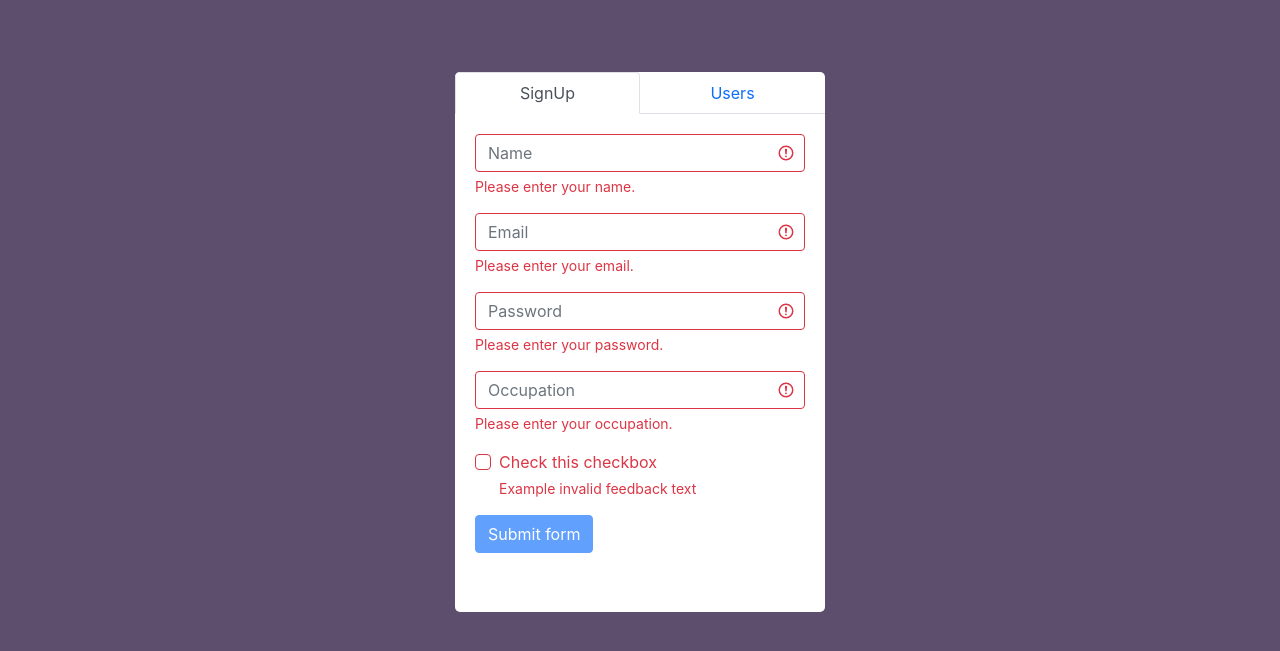
Repository: asadalibest1/SignUp-from
Page: /
The author's editor kept a copy of each file at every save. The page is drawn from the files as they stood at one save, then again after the next save.
The browser window is 1280 px wide. The pictures show the whole page.
The project was rebuilt for these pictures with package versions that can differ from the ones it lists, and the page was loaded fresh each time. Also part of the build but not shown: src/components/Users/Users.css.

Above is the page before, as saved 2021-02-06 22:06:09.

### public/index.html
<!DOCTYPE html>
<html lang="en">
  <head>
    <meta charset="utf-8" />
    <link rel="icon" href="%PUBLIC_URL%/favicon.png" />
    <meta name="viewport" content="width=device-width, initial-scale=1" />
    <meta name="theme-color" content="#000000" />
    <meta
      name="description"
      content="Web site created using create-react-app"
    />
    <link rel="apple-touch-icon" href="%PUBLIC_URL%/logo192.png" />
    <!--
      manifest.json provides metadata used when your web app is installed on a
      user's mobile device or desktop. See https://developers.google.com/web/fundamentals/web-app-manifest/
    -->
    <link rel="manifest" href="%PUBLIC_URL%/manifest.json" />
    <!--
      Notice the use of %PUBLIC_URL% in the tags above.
      It will be replaced with the URL of the `public` folder during the build.
      Only files inside the `public` folder can be referenced from the HTML.

      Unlike "/favicon.ico" or "favicon.ico", "%PUBLIC_URL%/favicon.ico" will
      work correctly both with client-side routing and a non-root public URL.
      Learn how to configure a non-root public URL by running `npm run build`.
    -->
    <!-- Bootstrap -->
    <link href="https://cdn.jsdelivr.net/npm/bootstrap@5.0.0-beta1/dist/css/bootstrap.min.css" rel="stylesheet" integrity="sha384-giJF6kkoqNQ00vy+HMDP7azOuL0xtbfIcaT9wjKHr8RbDVddVHyTfAAsrekwKmP1" crossorigin="anonymous">
    <title>Sign Up</title>
  </head>
  <body>
    <noscript>You need to enable JavaScript to run this app.</noscript>
    <div id="root"></div>
    <!--
      This HTML file is a template.
      If you open it directly in the browser, you will see an empty page.

      You can add webfonts, meta tags, or analytics to this file.
      The build step will place the bundled scripts into the <body> tag.

      To begin the development, run `npm start` or `yarn start`.
      To create a production bundle, use `npm run build` or `yarn build`.
    -->
    <script src="https://cdn.jsdelivr.net/npm/bootstrap@5.0.0-beta1/dist/js/bootstrap.bundle.min.js" integrity="sha384-ygbV9kiqUc6oa4msXn9868pTtWMgiQaeYH7/t7LECLbyPA2x65Kgf80OJFdroafW" crossorigin="anonymous"></script>
  </body>
</html>

### src/index.css
body {
  margin: 0;
  font-family: -apple-system, BlinkMacSystemFont, 'Segoe UI', 'Roboto', 'Oxygen',
    'Ubuntu', 'Cantarell', 'Fira Sans', 'Droid Sans', 'Helvetica Neue',
    sans-serif;
  -webkit-font-smoothing: antialiased;
  -moz-osx-font-smoothing: grayscale;
  background-color: #5D4E6D;
}

code {
  font-family: source-code-pro, Menlo, Monaco, Consolas, 'Courier New',
    monospace;
}

### src/App.js
import React from 'react'
import App1 from "./components/App1/App1"

export default function App() {
  return (
    <div>
      <App1 />
    </div>
  )
}

### src/components/App1/App1.js
import React from 'react'
import Tabs from '../Tabs/Tabs'

export default function App1() {
    return (
        <div>
            <Tabs />
        </div>
    )
}

### src/features/counter/counterSlice.js
import { createSlice } from '@reduxjs/toolkit';

export const counterSlice = createSlice({
  name: 'counter',
  initialState: {
    value: 0,
  },
  reducers: {
    increment: state => {
      // Redux Toolkit allows us to write "mutating" logic in reducers. It
      // doesn't actually mutate the state because it uses the Immer library,
      // which detects changes to a "draft state" and produces a brand new
      // immutable state based off those changes
      state.value += 1;
    },
    decrement: state => {
      state.value -= 1;
    },
    incrementByAmount: (state, action) => {
      state.value += action.payload;
    },
  },
});

export const { increment, decrement, incrementByAmount } = counterSlice.actions;

// The function below is called a thunk and allows us to perform async logic. It
// can be dispatched like a regular action: `dispatch(incrementAsync(10))`. This
// will call the thunk with the `dispatch` function as the first argument. Async
// code can then be executed and other actions can be dispatched
export const incrementAsync = amount => dispatch => {
  setTimeout(() => {
    dispatch(incrementByAmount(amount));
  }, 1000);
};

// The function below is called a selector and allows us to select a value from
// the state. Selectors can also be defined inline where they're used instead of
// in the slice file. For example: `useSelector((state) => state.counter.value)`
export const selectCount = state => state.counter.value;

export default counterSlice.reducer;

### src/components/Tabs/Tabs.js
import React from 'react'
import SignUp from "../SignUp/SignUp"
import Users from "../Users/Users"
import "./Tabs.css"

export default function Tabs() {
    return (
        <div className="tabs-main">
            <div className="tabs">

                <ul className="nav nav-tabs" id="myTab" role="tablist">
                    <li className="nav-item text-center w-50" role="presentation">
                        <a className="nav-link active" id="signUp-tab" data-bs-toggle="tab" href="#signUp" role="tab" aria-controls="signUp" aria-selected="true">SignUp</a>
                    </li>
                    <li className="nav-item text-center w-50" role="presentation">
                        <a className="nav-link" id="users-tab" data-bs-toggle="tab" href="#users" role="tab" aria-controls="users" aria-selected="false">Users</a>
                    </li>
                </ul>
                <div className="tab-content" id="myTabContent">
                    <div className="tab-pane fade show active" id="signUp" role="tabpanel" aria-labelledby="signUp-tab">
                        <SignUp />
                    </div>
                    <div className="tab-pane fade" id="users" role="tabpanel" aria-labelledby="users-tab">

                        <Users />
                    </div>
                </div>


            </div>
        </div>
    )
}

### src/components/SignUp/SignUp.js
import React from 'react'
import "./SignUp.css"

export default function SignUp() {
    return (
        <div className="SignUp">

<form className="was-validated">

  <div className="mb-3">
    <input type="name" className="form-control" id="validationTextarea" placeholder="Name" required />
    <div className="invalid-feedback">
      Please enter your name.
    </div>
  </div>

  <div className="mb-3">
    <input type="email" className="form-control" id="validationTextarea" placeholder="Email" required />
    <div className="invalid-feedback">
      Please enter your email.
    </div>
  </div>

  <div className="mb-3">
    <input type="password" className="form-control" id="validationTextarea" placeholder="Password" required />
    <div className="invalid-feedback">
      Please enter your password.
    </div>
  </div>

  <div className="mb-3">
    <input type="occupation" className="form-control" id="validationTextarea" placeholder="Occupation" required />
    <div className="invalid-feedback">
      Please enter your occupation.
    </div>
  </div>


  <div className="form-check mb-3">
    <input type="checkbox" className="form-check-input" id="validationFormCheck1" required />
    <label className="form-check-label" for="validationFormCheck1">Check this checkbox</label>
    <div className="invalid-feedback">Example invalid feedback text</div>
  </div>


  <div className="mb-3">
    <button className="btn btn-primary" type="submit" disabled>Submit form</button>
  </div>
</form>
        </div>
    )
}

### src/components/Users/Users.js
import React from 'react'
import "./Users.css"

export default function Users() {
    return (
        <div>
    Users
        </div>
    )
}

### src/components/Tabs/Tabs.css
.tabs{
    width: 370px;
    height: 75vh;
    background-color: white;
    margin: auto auto;
    margin-top: 10vh;
    border-radius: 5px;
    overflow: hidden;
}

### src/components/SignUp/SignUp.css
.SignUp form{
    margin: 20px;
}

Loaded but not shown: src/index.js (common file); src/app/store.js (common file); src/serviceWorker.js (common file)

After the next save:
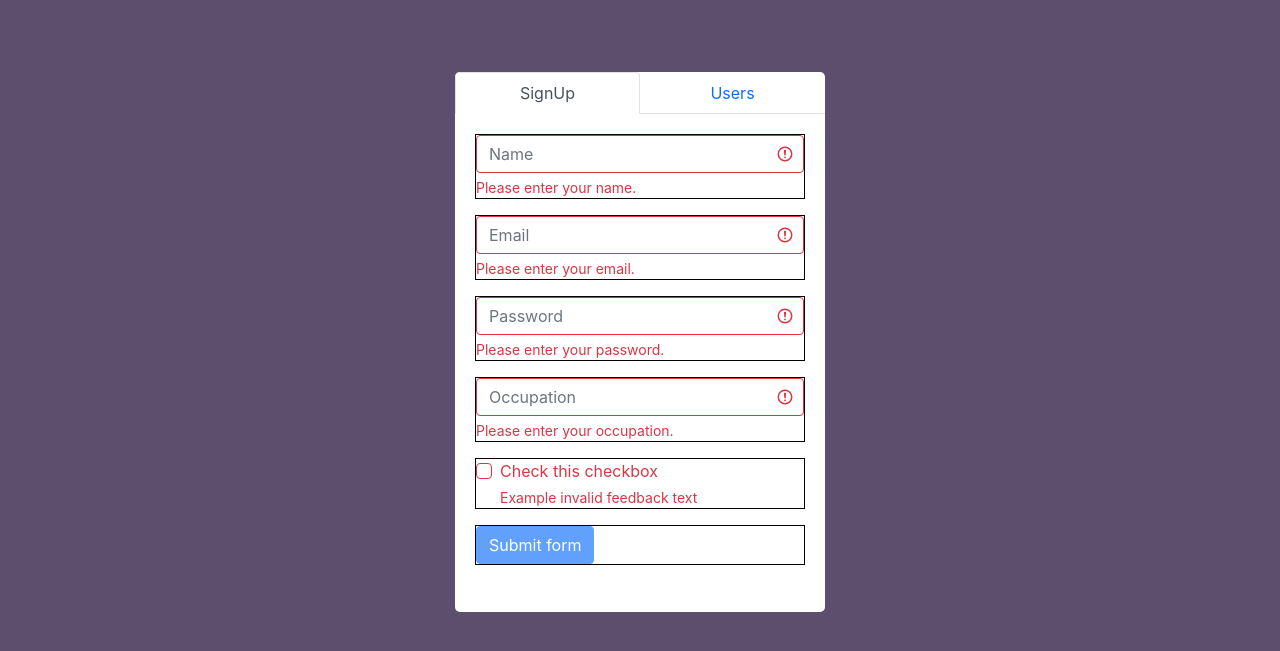
Saved 52 s later.
--- a/src/components/SignUp/SignUp.css
+++ b/src/components/SignUp/SignUp.css
@@ -1,3 +1,7 @@
 .SignUp form{
     margin: 20px;
 }
+
+.SignUp form > div{
+    border: 1px solid black;
+}
